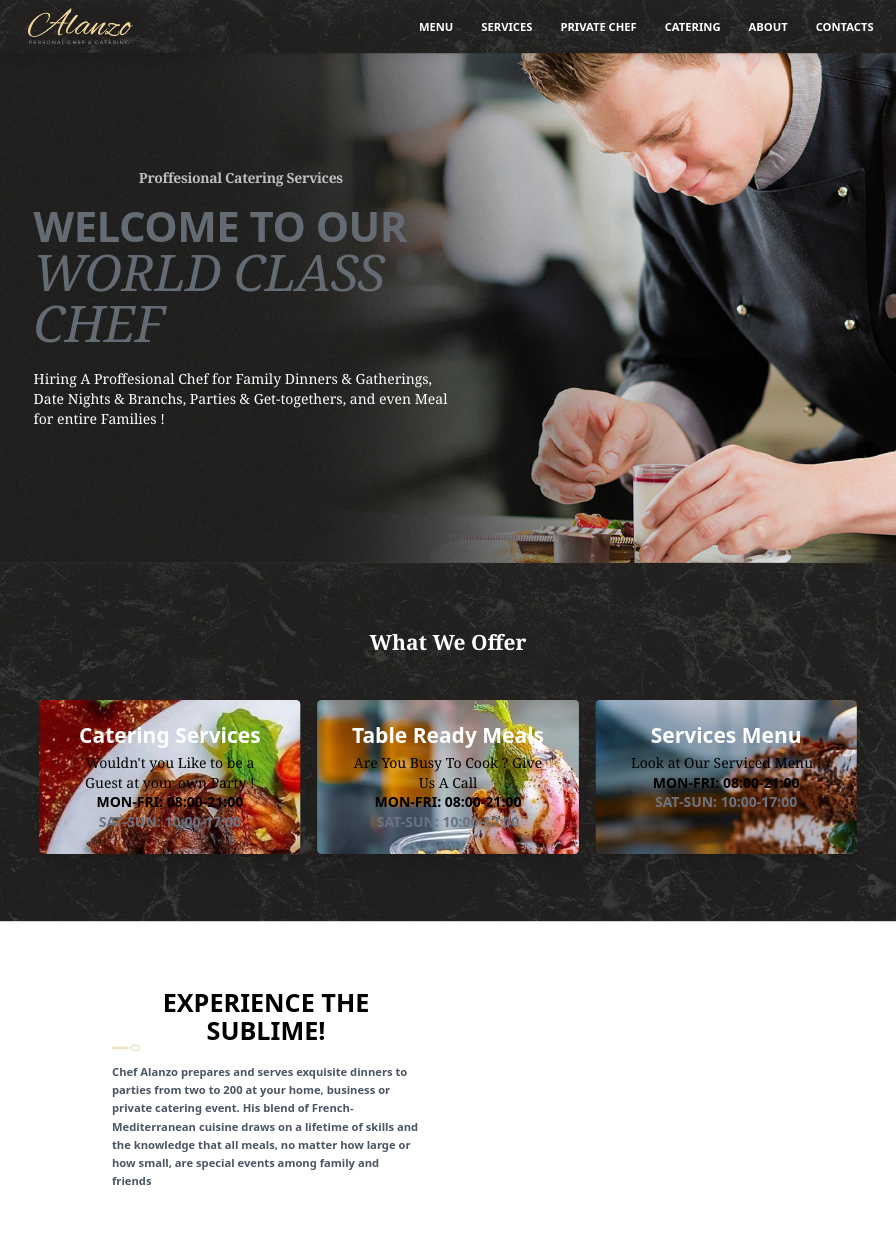
Repository: remydev47/alanzo
Page: /
The author's editor kept a copy of each file at every save. The page is drawn from the files as they stood at one save, then again after the next save.
The browser window is 1280 px wide. The pictures show the whole page, at 70% of full size.
The project was rebuilt for these pictures with package versions that can differ from the ones it lists, and the page was loaded fresh each time. The framework's server and built-in components were replaced by stand-ins that run in the browser. Also part of the build but not shown: next.config.js, components/Consulting.tsx, components/Catering.tsx, components/Menu.tsx, components/Testimonials.tsx, components/CTA.tsx, components/Footer.tsx.

Above is the page before, as saved 2022-12-17 12:25:22.

### pages/_app.tsx
import '../styles/globals.css'
import type { AppProps } from 'next/app'
import Navbar from '../components/Navbar'

function MyApp({ Component, pageProps }: AppProps) {
  return (
    <>

      <Component {...pageProps} />
    </>
  )
}

export default MyApp

### pages/index.tsx
import type { NextPage } from 'next'
import Head from 'next/head'
import Image from 'next/image'
import { Aboutus, Hero, Services } from '../components'
import Navbar from '../components/Navbar'


const Home: NextPage = () => {
  return (
    <div className="bg-[url('/images/bg_2.jpg')]">
      <Head>
        <title>Avantos</title>
        <link rel="icon" href="/favicon.ico" />
      </Head>
      <Navbar />
      <Hero />
      <Services />
      <Aboutus />

    </div>
  )
}

export default Home

### components/index.ts
import Hero from "./Hero";
import Services from "./Services";
import Aboutus from "./Aboutus";
import Consulting from "./Consulting";
import Catering from "./Catering";
import Menu from "./Menu";
import Testimonials from "./Testimonials";
import CTA from "./CTA";
import Footer from "./Footer";

export {
    Hero, Services, CTA, Catering, Consulting, Footer, Menu, Aboutus, Testimonials
}

### components/Navbar.tsx
import React from 'react';
import { navLinks } from '../constants';
import Menupopover from './Menupopover';
import Image from 'next/image';
import Logo from './Logo';
import { Button } from './Button';

const Navbar = () => {
  return (
    <header className="fixed inset-x-0 bg-[url('/images/bg_2.jpg')] z-20 flex justify-between items-center py-2 px-2 shadow-lg dark:bg-slate-900 sm:py-3 sm:px-8">
            <div className='flex grow-0 basis-1/3 md:hidden'>
                <Menupopover />
            </div>

             <div className='flex grow-0 ml-2 justify-center md:justify-start'>
                <Logo />

            </div>


            <ul className="list-none sm:flex hidden justify-end items-center flex-1">
            {navLinks.map((nav, index) => (
                <li
                key={nav.id}
                className={`font-bold cursor-pointer text-[16px]
                   ${index === navLinks.length - 1 ? 'mr-0' : 'mr-10'}
                  text-white `}
                >
                    <a>{nav.title}</a>
                </li>
            ))}
           </ul>


        </header>
  )
}

export default Navbar

### components/Hero.tsx
import React from 'react'

const Hero = () => {
  return (
    <section className='relative pt-48 pb-12 xl:pt-60 sm:pb-16 lg:pb-32 xl:pb-48 2xl:pb-56'>
    <div className="absolute inset-0">
     <img className="object-cover w-full h-full" src="/images/hero.jpg" alt="" />
    </div>
   <div className='relative'>
    <div className="px-6 mx-auto sm:px-8 lg:px-12 max-w-7xl">
      <div className="w-full lg:w-2/3 xl:w-1/2">
        <h1 className="font-serif text-xl font-bold tracking-tight text-white text-opacity-70 text-center">Proffesional Catering Services</h1>
        <p className="mt-6 tracking-tighter text-[#656b72]">
          <span className="font-sans font-bold text-6xl">WELCOME TO OUR </span><br />
          <span className="font-serif italic font-BOLD text-7xl">WORLD CLASS CHEF</span>
        </p>
        <p className="mt-8 font-erif text-xl font-serif text-[#fff]">
          Hiring A Proffesional Chef for Family Dinners & Gatherings, Date Nights & Branchs, Parties & Get-togethers, and even Meal for entire Families !
        </p>
      </div>
    </div>
   </div>
  </section>
  )
}

export default Hero

### components/Services.tsx
import React from 'react'
import styles from '../styles'

const Services = () => {
  return (
    <section className={`${styles.paddings} bg-[url('/images/bg_2.jpg')] sm:py-16 lg:py-24`}>
      <div className="px-4 mx-auto max-w-7xl sm:px-6 lg:px-8">
       <div className="max-w-2xl mx-auto text-center">
        <h2 className="text-xl font-bold font-serif leading-tight text-white lg:text-3xl">What We Offer</h2>
       </div>

       <div className="grid max-w-md grid-cols-1 gap-6 mx-auto mt-8 text-center lg:max-w-full lg:mt-16 lg:grid-cols-3">

        <div className="overflow-hidden bg-[url('/images/bg-3.jpg')] shadow-xl border-gray-300 rounded-md">
          <div className="p-8 xl:px-12 flex flex-col items-center justify-center">
             <div className='flex flex-col'>
               <h1 className='text-3xl font-semibold text-[#fff]'>Catering Services</h1>
             </div>
             <h2 className='font-normal text-xl font-serif text-black text-center mt-2'>
               Wouldn't you Like to be a Guest at your own Party !
             </h2>
             <p className='text-xl text-black text-center font-bold'>
               MON-FRI: 08:00-21:00
             </p>
             <p className='text-xl text-gray-500 text-center font-bold'>
               SAT-SUN: 10:00-17:00
             </p>
          </div>
        </div>

        <div className="overflow-hidden bg-[url('/images/bg-4.jpg')] shadow-xl border-gray-300 rounded-md">
          <div className="p-8 xl:px-12 flex flex-col items-center justify-center">
             <div className='flex flex-col'>
               <h1 className='text-3xl font-semibold text-[#fff]'>Table Ready Meals</h1>
             </div>
             <h2 className='font-normal text-xl font-serif text-black text-center mt-2'>
               Are You Busy To Cook ? Give Us A Call
             </h2>
             <p className='text-xl text-black text-center font-bold'>
               MON-FRI: 08:00-21:00
             </p>
             <p className='text-xl text-gray-500 text-center font-bold'>
               SAT-SUN: 10:00-17:00
             </p>
          </div>
        </div>

        <div className="overflow-hidden bg-[url('/images/bg-5.jpg')] shadow-xl border-gray-300 rounded-md">
          <div className="p-8 xl:px-12 flex flex-col items-center justify-center">
             <div className='flex flex-col'>
               <h1 className='text-3xl font-semibold text-[#fff]'>Services Menu</h1>
             </div>
             <h2 className='font-normal text-xl font-serif text-black text-center mt-2'>
               Look at Our Serviced Menu !
             </h2>
             <p className='text-xl text-black text-center font-bold'>
               MON-FRI: 08:00-21:00
             </p>
             <p className='text-xl text-gray-500 text-center font-bold'>
               SAT-SUN: 10:00-17:00
             </p>
          </div>
        </div>



       </div>
      </div>
    </section>
  )
}

export default Services

### components/Aboutus.tsx
import React from 'react'

const Aboutus = () => {
  return (
    <section className="py-6 bg-[#fff] sm:py-16 lg:py-24">
      <div className="max-w-5xl px-4 mx-auto sm:px-6 lg:px-8">
       <div className="grid items-center grid-cols-1 gap-y-6 md:grid-cols-2 md:gap-x-20">
          <div className="">
                <h1 className='text-4xl font-semibold text-black text-center'>EXPERIENCE THE SUBLIME!</h1>
                <h2 className="text-4xl font-bold leading-tight text-black sm:text-4xl lg:text-4xl">
                  <img src='/images/spoon.png' />
                </h2>
                <p className="mt-4 text-base leading-relaxed text-gray-600 font-semibold">
                Chef Alanzo prepares and serves exquisite dinners to parties from two to 200 at your home, business or private catering event. His blend of French-Mediterranean cuisine draws on a lifetime of skills and the knowledge that all meals, no matter how large or how small, are special events among family and friends
                </p>
          </div>
       </div>
      </div>
    </section>
  )
}

export default Aboutus

### constants/index.ts
export const navLinks =[
    {
        id:"menu",
        title:"MENU",
    },
    {
        id:"services",
        title:"SERVICES",
    },
    {
        id:"privatechef",
        title:"PRIVATE CHEF",
    },
    {
        id:"catering",
        title:"CATERING",
    },
    {
        id:"aboutus",
        title:"ABOUT",
    },
    {
        id:"contacts",
        title:"CONTACTS",
    },
]

### components/Menupopover.tsx
import React, {useState, Fragment} from 'react';
import { navLinks } from '../constants';
import { IconButton, Button } from './Button';
import { Transition, Dialog } from '@headlessui/react';
import Logo from './Logo';
import Image from 'next/image';

const Menupopover = () => {
  const [isOpen, setIsOpen] = useState(false)

  return (
    <div>
    <IconButton
      variant='ghost'
      aria-label='menu'
      onClick={() => setIsOpen(!isOpen)}
    >
      <svg className='w-6 h-6 ' fill='none' stroke='currentColor'>
        <path
          strokeLinecap='round'
          strokeLinejoin='round'
          strokeWidth={2}
          d='M4 6h16M4 12h16M4 18h16'
        />
      </svg>
    </IconButton>
    <Transition
      show={isOpen}
      appear
      as={Fragment}
      enter='transform transition ease-in-out duration-300'
      enterFrom='-translate-x-full'
      enterTo='translate-x-0'
      leave='transform transition ease-in-out duration-300 delay-200'
      leaveFrom='translate-x-0'
      leaveTo='-translate-x-full'
     >
     <Dialog
       as='div'
       className={`fixed inset-0 z-50`}
       onClose={setIsOpen}
       open={isOpen}
       >
       <Transition.Child
         as={Fragment}
         enter='ease-out duration-300 delay-300'
         enterFrom='opacity-0'
         enterTo='opacity-100'
         leave='ease-in duration-200'
         leaveFrom='opacity-100'
         leaveTo='opacity-0'
       >

        <Dialog.Overlay
          className={`fixed inset-0 bg-black/20 backdrop-blur-sm dark:bg-gray-900/80`}
         />
      </Transition.Child>
       <div className={styles.dialogcontainer}>
        <a className='mx-auto mt-4 flex w-[140px] '>
          <Logo />
        </a>
        <ul
            className={styles.navWrapper2}
         >
            {navLinks.map((nav, index) => (
                <li
                 key={nav.id}
                 className={` font-bold cursor-pointer text-[16px]
                  mt-2 border-t border-slate-200 py-4 dark:border-slate-600
                  ${index === navLinks.length - 1 ? 'mr-0' : 'mb-4'}
                  text-white `}
                >
                 <a href={`#${nav.id}`}>
                    {nav.title}
                 </a>
                </li>
             ))}
         </ul>

        <IconButton
          variant='ghost'
          aria-label='close menu'
          className='absolute top-5 right-5'
          onClick={() => setIsOpen(false)}
        >
          <svg
            viewBox='0 0 10 10'
            className='h-2.5 w-2.5 overflow-visible'
            aria-hidden='true'
          >
            <path
                d='M0 0L10 10M10 0L0 10'
                fill='none'
                stroke='currentColor'
                strokeWidth='2'
                strokeLinecap='round'
              />
          </svg>
        </IconButton>
       </div>
     </Dialog>
    </Transition>
  </div>
  )
}

export default Menupopover;

const styles ={
  dialogcontainer:`fixed top-0 bottom-0 left-0 w-full max-w-xs rounded-r-xl bg-[#092341] p-6 shadow-lg dark:bg-gray-800`,
  menuitems:`group relative flex h-9 items-center oveflow-hidden rounded-md hover:bg-slate-200/50`,
  navWrapper2:`list-none flex flex-col justify-end items-center flex-1`,
}

### components/Logo.tsx
import React from 'react'
import Image from 'next/image'

const Logo = () => {
  return (
    <div>
      <Image
        src='/images/logo.png'
        alt='Alanzo'
        height={60}
        width={150}
      />
    </div>
  )
}

export default Logo

### styles/index.ts
const styles = {
    innerWidth: '2xl:max-w-[1280px] w-full',
    interWidth: 'lg:w-[80%] w-[100%]',

    paddings: 'sm:p-16 xs:p-8 px-6 py-12',
    yPaddings: 'sm:py-16 xs:py-8 py-12',
    xPaddings: 'sm:px-16 px-6',
    topPaddings: 'sm:pt-16 xs:pt-8 pt-12',
    bottomPaddings: 'sm:pb-16 xs:pb-8 pb-12',

    flexCenter: 'flex justify-center items-center',
    flexStart: 'flex justify-start items-start',
    flexEnd: 'flex justify-end',
    navPadding: 'pt-[98px]',

    // hero section
    heroHeading:
        'font-bold lg:text-[144px] md:text-[100px] sm:text-[60px] text-[44px] lg:leading-[158.4px] md:leading-[114.4px] sm:leading-[74.4px] leading-[64.4px] uppercase text-white',
    heroDText:
        'md:w-[212px] sm:w-[80px] w-[60px] md:h-[108px] sm:h-[48px] h-[38px] md:border-[18px] border-[9px] rounded-r-[50px] border-white sm:mx-2 mx-[6px]',
  };

  export default styles;

### components/Button/index.tsx
import React, { forwardRef } from "react";
//import { __DEV__ } from "../../utils/assertions";

type BaseButtonProps = Omit<React.HTMLProps<HTMLButtonElement>, "size">;

/* === Button Element === */

export interface ButtonProps extends BaseButtonProps {
  children: React.ReactNode;
  fullWidth?: boolean;
  className?: string;
  variant?: "solid" | "outline" | "ghost";
  size?: "sm" | "md" | "lg";
  as?: string;
  isExternal?: boolean;
  type?: "button" | "submit" | "reset";
}

export const Button = forwardRef<HTMLButtonElement, ButtonProps>(
  (
    {
      children,
      variant = "solid",
      size = "md",
      fullWidth = false,
      className,
      as = "button",
      isExternal = false,
      ...rest
    },
    ref
  ) => {
    let tempClassNames: string[] = [];

    const sharedClasses = [
      "capitalize",
      "focus:outline-none",
      "focus:ring-2",
      "focus:ring-indigo-400",
      "focus:ring-offset-2",
      "focus:ring-offset-indigo-50",
      "font-semibold",
      "rounded-full",
      "inline-flex",
      "flex-shrink-0",
      "items-center",
      "justify-center",
      "transition-colors",
      "ease-in-out",
      "duration-500",
    ];

    if (fullWidth) sharedClasses.push("w-full");

    // handle variants
    let btnSolid = ["bg-indigo-600", "hover:bg-indigo-700", "text-white"];
    let btnOutline = [
      "dark:text-white",
      "hover:text-indigo-700",
      "hover:dark:text-indigo-700",
      "bg-transparent",
      "hover:bg-indigo-50",
      "border",
      "border-indigo-600",
    ];
    let btnGhost = [
      "bg-transparent",
      "dark:text-white",
      "hover:bg-indigo-50",
      "hover:text-indigo-700",
      "hover:dark:text-indigo-700",
    ];

    if (variant === "solid") {
      tempClassNames = [...sharedClasses, ...btnSolid];
    } else if (variant === "outline") {
      tempClassNames = [...sharedClasses, ...btnOutline];
    } else if (variant === "ghost") {
      tempClassNames = [...sharedClasses, ...btnGhost];
    }

    // handle sizes
    let sizeSm = ["h-8", "px-2", "text-sm"];
    let sizeMd = ["h-10", "px-3"];
    let sizeLg = ["h-12", "px-4", "text-lg"];

    if (size === "sm") {
      tempClassNames = [...tempClassNames, ...sizeSm];
    } else if (size === "md") {
      tempClassNames = [...tempClassNames, ...sizeMd];
    } else if (size === "lg") {
      tempClassNames = [...tempClassNames, ...sizeLg];
    }

    let classes = tempClassNames.join(" ");

    let Element = as ? (
      React.createElement(
        as,
        {
          className: `${classes} ${className}`,
          target: isExternal ? "_blank" : undefined,
          rel: isExternal ? "noopener noreferrer" : undefined,
          ref,
          ...rest,
        },
        children
      )
    ) : (
      <button {...rest} className={`${classes} ${className}`} ref={ref}>
        {children}
      </button>
    );

    return Element;
  }
);

// if (__DEV__) {
//   Button.displayName = "Button";
// }

/* === IconButton Element === */

export interface IconButtonProps extends ButtonProps {
  icon?: React.ReactElement;
  "aria-label": string;
}

export const IconButton = forwardRef<HTMLButtonElement, IconButtonProps>(
  (
    {
      children,
      icon,
      className,
      "aria-label": ariaLabel,
      size = "md",
      ...rest
    },
    ref
  ) => {
    let sharedClasses = ["rounded-full", "!px-0"];

    // handle sizes
    let sizeSm = ["w-8"];
    let sizeMd = ["w-10"];
    let sizeLg = ["w-12"];

    if (size === "sm") {
      sharedClasses = [...sharedClasses, ...sizeSm];
    } else if (size === "md") {
      sharedClasses = [...sharedClasses, ...sizeMd];
    } else if (size === "lg") {
      sharedClasses = [...sharedClasses, ...sizeLg];
    }

    /**
     * Passing the icon as prop or children should work
     */
    const element = icon || children;
    const _children = React.isValidElement(element)
      ? React.cloneElement(element as any, {
          "aria-hidden": true,
          focusable: false,
        })
      : null;

    let classes = sharedClasses.join(" ");
    return (
      <Button
        className={`${classes} ${className}`}
        aria-label={ariaLabel}
        size={size}
        {...rest}
        ref={ref}
      >
        {_children}
      </Button>
    );
  }
)

### tailwind.config.js
/** @type {import('tailwindcss').Config} */
module.exports = {
  content: [
    './pages/**/*.{js,ts,jsx,tsx}',
    './components/**/*.{js,ts,jsx,tsx}',
  ],
  theme: {
    extend: {
      backgroundImage: {
        'bg_2': "url('/images/bg_2.jpg')",
        'bg-3': "url('/images/bg-3.jpg')",
        'bg-4': "url('/images/bg-4.jpg')",
        'bg-5': "url('/images/bg-5.jpg')",
      },
      colors: {
        'primary-black': '#1A232E',
        'secondary-white': '#c7c7c7',
      },
    },
  },
  plugins: [],
}

Loaded but not shown: styles/globals.css (common file)

After the next save:
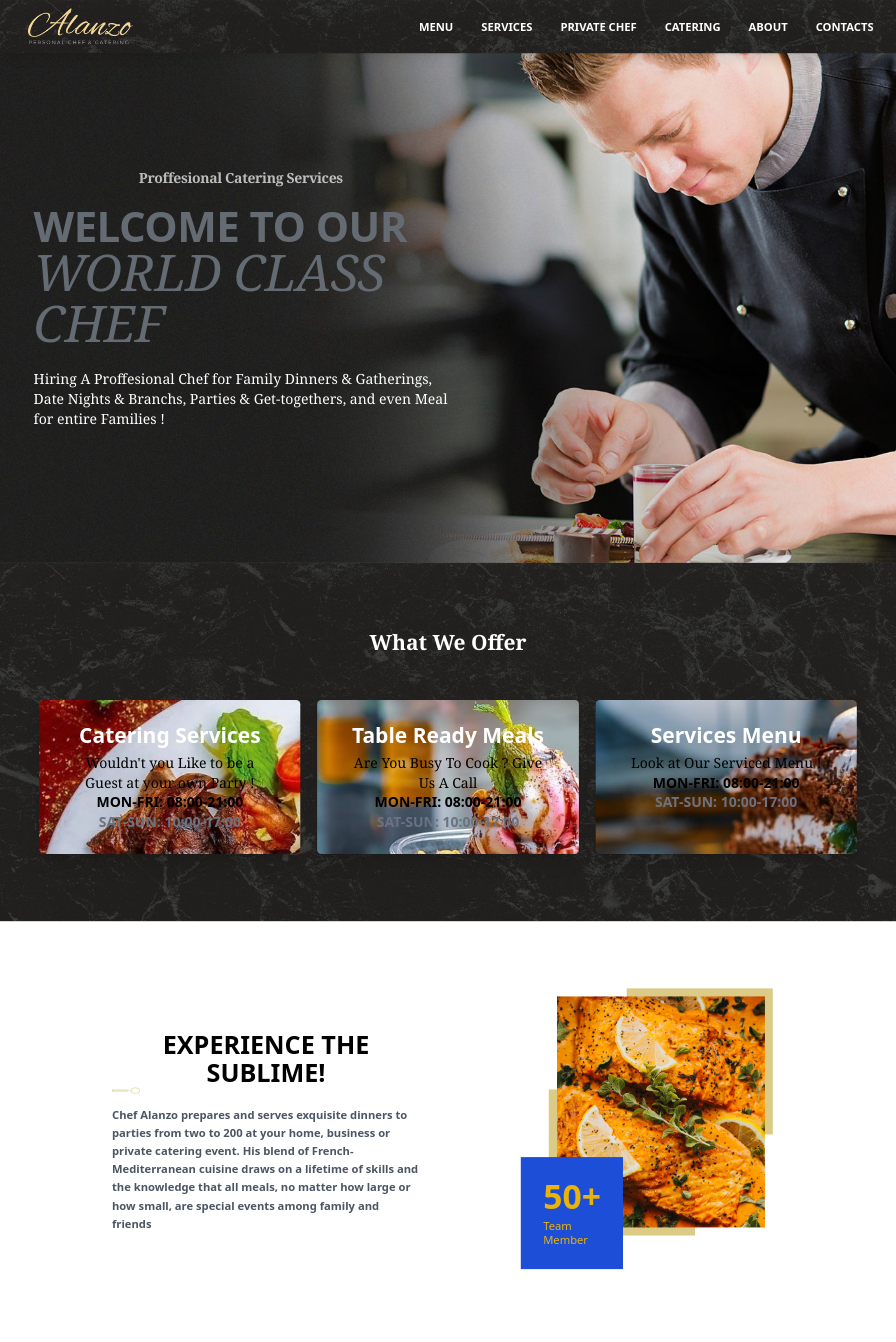
Saved 2 min 17 s later.
--- a/components/Aboutus.tsx
+++ b/components/Aboutus.tsx
@@ -14,6 +14,22 @@
                 Chef Alanzo prepares and serves exquisite dinners to parties from two to 200 at your home, business or private catering event. His blend of French-Mediterranean cuisine draws on a lifetime of skills and the knowledge that all meals, no matter how large or how small, are special events among family and friends
                 </p>
           </div>
+          <div className=" pl-20 pr-6 sm:pl-6 md:px-0">
+                <div className="relative w-full max-w-xs mt-4 mb-10 ml-auto">
+                 <img className="relative -top-4 -left-4" src="/images/welcome.png" alt="" />
+
+
+
+                    <div className="absolute -bottom-10 -left-16 m-2">
+
+
+                          <div className="px-8 py-8 bg-blue-700">
+                               <span className="block text-4xl font-bold text-yellow-500 lg:text-5xl"> 50+ </span>
+                                <span className="block mt-2 text-base leading-tight text-yellow-500"> Team<br />Member</span>
+                            </div>
+                    </div>
+                </div>
+            </div>
        </div>
       </div>
     </section>
